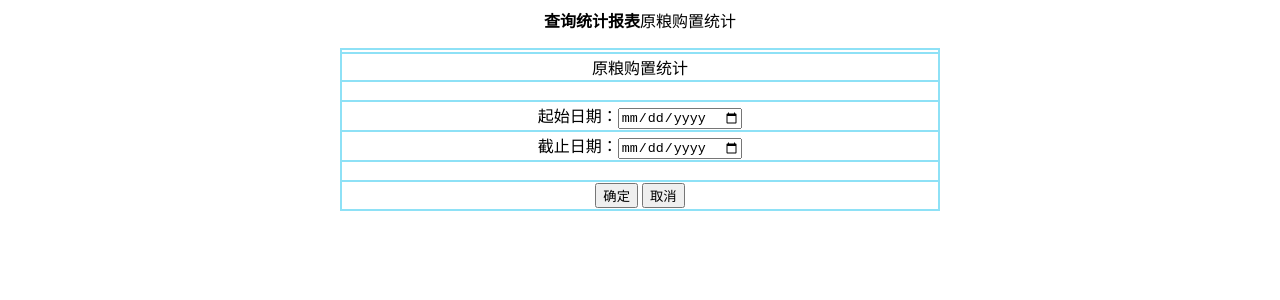
Repository: yuxingyan/OneCrewFlour
Page: http://localhost/Flour/inquirebuy.jsp
The author's editor kept a copy of each file at every save. The page is drawn from the files as they stood at one save, then again after the next save.
The browser window is 1280 px wide. The pictures show the whole page.
The page is served by Tomcat 9. Nobody is signed in. The application's start-up code is not run. Other server files are loaded and not shown.

Above is the page before, as saved 2018-01-11 07:06:29.

### Flour/WebRoot/inquirebuy.jsp
<%@ page language="java" import="java.util.*" pageEncoding="utf-8"%>
<%
String path = request.getContextPath();
String basePath = request.getScheme()+"://"+request.getServerName()+":"+request.getServerPort()+path+"/";
%>

<!DOCTYPE HTML PUBLIC "-//W3C//DTD HTML 4.01 Transitional//EN">
<html>
  <head>
    <base href="<%=basePath%>">

    <title>My JSP 'inquirebuy.jsp' starting page</title>

	<meta http-equiv="pragma" content="no-cache">
	<meta http-equiv="cache-control" content="no-cache">
	<meta http-equiv="expires" content="0">
	<meta http-equiv="keywords" content="keyword1,keyword2,keyword3">
	<meta http-equiv="description" content="This is my page">
	<!--
	<link rel="stylesheet" type="text/css" href="styles.css">
	-->
	<script language="javascript" type="text/javascript">
 function Check(){

   var n1=document.getElementById("date1").value;
   var n2=document.getElementById("date2").value;

      var erroring="";

      if(n1==""||n1==null){
        erroring+="请输入起始日期!"+'\n';
  }
 if(n2==""||n2==null){
     erroring+="请输入截止日期!"+'\n';
  }

  if(erroring.length!=0){
  alert(erroring);
  return false;


  }else{

     document.form1.submit();

  }
}
</script>
  </head>

  <body>
    <center>
    <form  name="form1" id="form1" action="inquirebuy" method="post">
    <p><b>查询统计报表</b>原粮购置统计</p>
    <table border="1" width="600" cellspacing="0" bordercolor="#8EE1F6">
    <tr><td colspan="10" ></td></tr>
    <tr height="20px"><td align="center" colspan="4" >原粮购置统计</td></tr>
    <tr height="20px"><td align="center" colspan="4" ></td></tr>
    <tr height="20px"><td align="center" colspan="4" >起始日期：<input type="date" name="startdate" id="date1"/></td>
    </tr>
    <tr height="20px"><td align="center" colspan="4" >截止日期：<input type="date" name="enddate" id="date2"/></td>
    </tr>
    <tr height="20px"><td align="center" colspan="4" ></td></tr>
    <tr><td align="center" colspan="10" >
      <input type="button" value="确定" onclick="Check();">
      <button type="button">取消</button>
    </td>
    </tr>
    </table>
    </form>
    </center>
  </body>
</html>

After the next save:
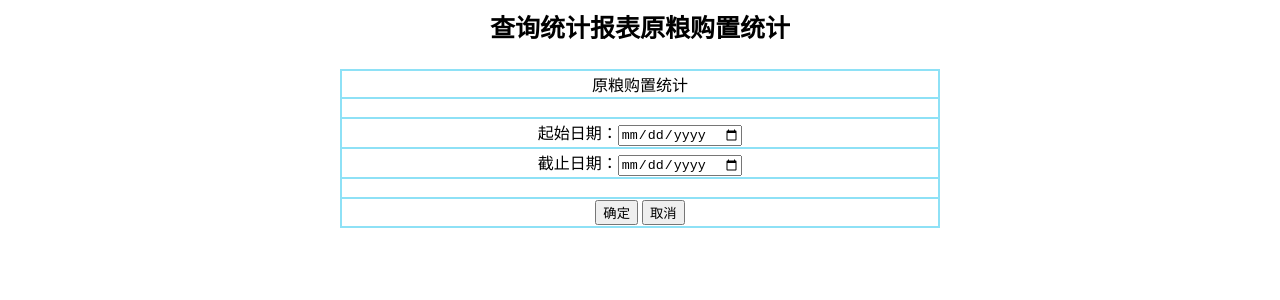
Saved 22 s later.
--- a/Flour/WebRoot/inquirebuy.jsp
+++ b/Flour/WebRoot/inquirebuy.jsp
@@ -51,9 +51,9 @@ String basePath = request.getScheme()+"://"+request.getServerName()+":"+request.
   <body>
     <center>
     <form  name="form1" id="form1" action="inquirebuy" method="post">
-    <p><b>查询统计报表</b>原粮购置统计</p>
+     <strong style="font-size:25px">查询统计报表</b>原粮购置统计</p>
     <table border="1" width="600" cellspacing="0" bordercolor="#8EE1F6">
-    <tr><td colspan="10" ></td></tr>
+
     <tr height="20px"><td align="center" colspan="4" >原粮购置统计</td></tr>
     <tr height="20px"><td align="center" colspan="4" ></td></tr>
     <tr height="20px"><td align="center" colspan="4" >起始日期：<input type="date" name="startdate" id="date1"/></td>
